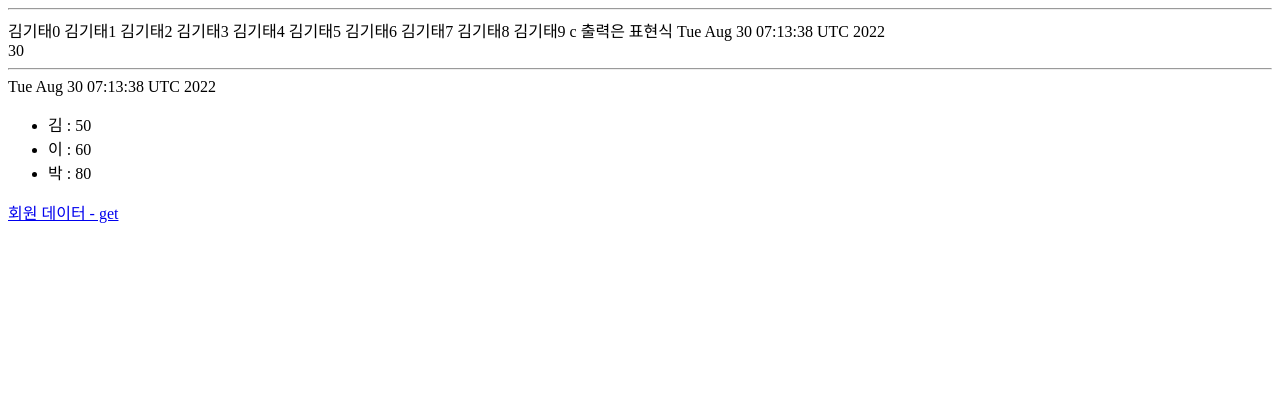
Repository: okgunyang/jsp
Page: http://localhost/practice01/
These files come from the project's save history. The page is drawn as it stood at one moment and after the next save; the edit follows.
The browser window is 1280 px wide. The pictures show the whole page.
The page is served by Tomcat 9. Other server files are loaded and not shown.

Above is the page before, as saved 2022-10-11 06:45:27.

### practice01/WebContent/index.jsp
<%@ page language="java" contentType="text/html; charset=UTF-8"
    pageEncoding="UTF-8"%>
<%@ page import="java.util.Date" %><!-- 페이지 디렉티브 -->
<!DOCTYPE html>
<html>
<head>
<meta charset="UTF-8">
<title>웹 문서 테스트</title>
</head>
<body>
<%!
	//선언문 - 객체, 변수, 메소드 선언시
	int[] jumsu = {50, 60, 80};
	String[] names = {"김","이","박"};
	int a = 20;
	int b = 30;
	Date now = new Date();
%>
<hr>
<%
	//처리 구문 -> 스크립트릿(scriptlet) : 자바코드
	int c;
	String name = "김기태";
	if(a>b){
		c = a;
	} else {
		c = b;
	}
 	for(int d=0;d<10;d++){
		out.println(name+d);
	}
 	out.println("c 출력은 표현식");
 	out.println(now);
%>
<div id="result"><!-- 각주 -->
<%=c %>
<hr>
<%=now %>
<ul>
<%
	for(int e=0;e<3;e++){
%>
<li><%=names[e] %> : <%=jumsu[e] %></li>
<%
	}
%>
</ul>
<a href="test01.jsp?id=kkt&pw=1234&name=김기태">회원 데이터 - get</a>
<form action="test02.jsp" name="login_form">

</form>
<div id="msg">

</div>
</div>
</body>
</html>

After the next save:
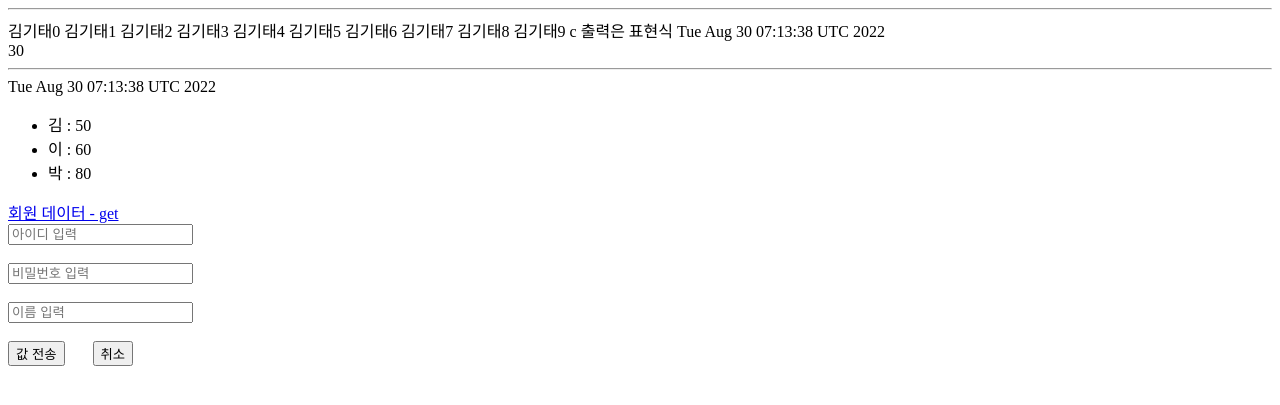
Saved 2 min 13 s later.
--- a/practice01/WebContent/index.jsp
+++ b/practice01/WebContent/index.jsp
@@ -47,7 +47,11 @@
 </ul>
 <a href="test01.jsp?id=kkt&pw=1234&name=김기태">회원 데이터 - get</a>
 <form action="test02.jsp" name="login_form">
-
+	<input name="id" id="id" placeholder="아이디 입력"><br><br>
+	<input type="pasword" name="pw" id="id" placeholder="비밀번호 입력"><br><br>
+	<input name="name" id="name" placeholder="이름 입력"><br><br>
+	<input type="submit" value="값 전송"> &nbsp; &nbsp; &nbsp;
+	<input type="reset" value="취소">
 </form>
 <div id="msg">
 
